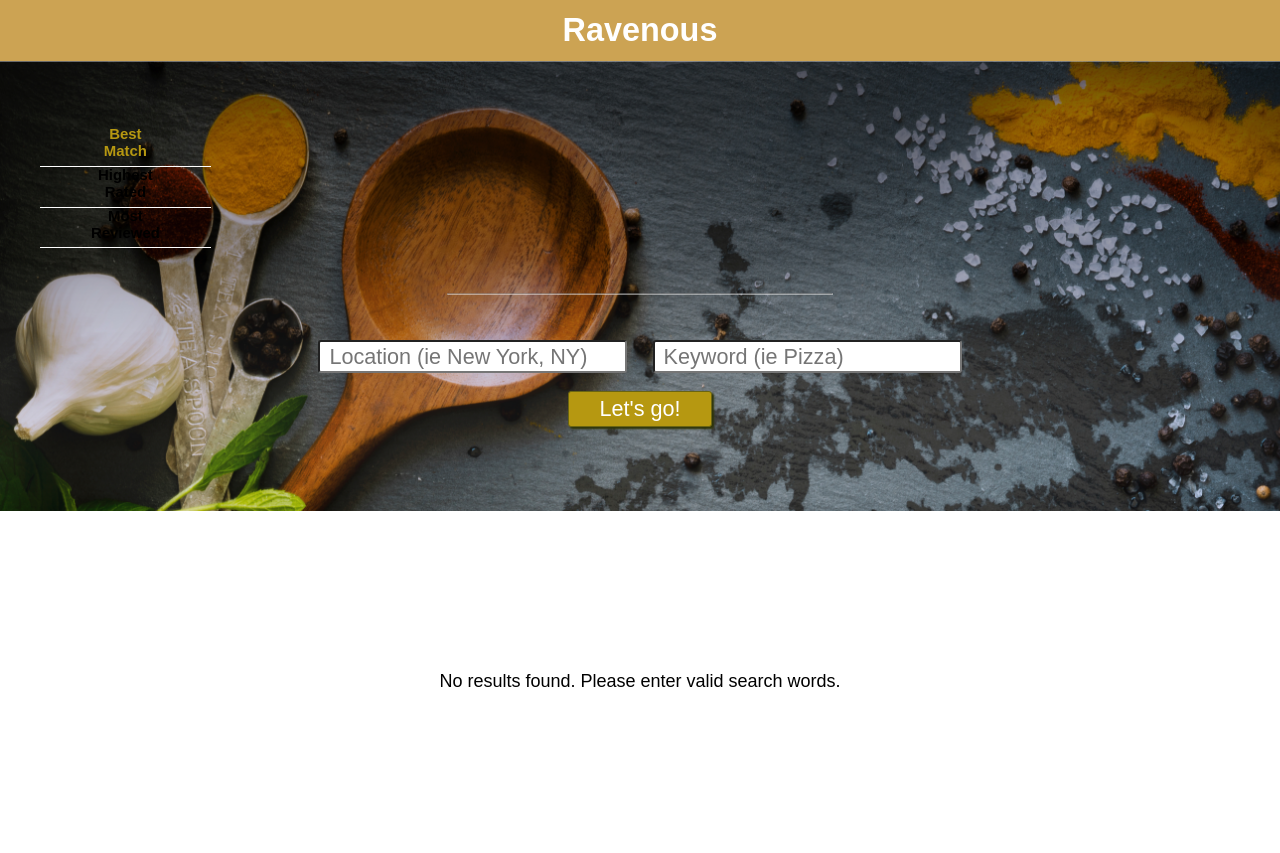
Repository: LolaSL/Ravenous
Page: /
An editor plug-in stored every save of this project. The page is shown before and after a run of saves, followed by the edit.
The browser window is 1280 px wide. The pictures show the whole page.
The page's requests for data from a server got no answer. The project was rebuilt for these pictures with package versions that can differ from the ones it lists, and the page was loaded fresh each time. No one was signed in, and anything a server would have sent is missing. Also part of the build but not shown: src/Business/Business.js.

Above is the page before, as saved 2024-03-24 12:04:26.

After the next 2 saves:
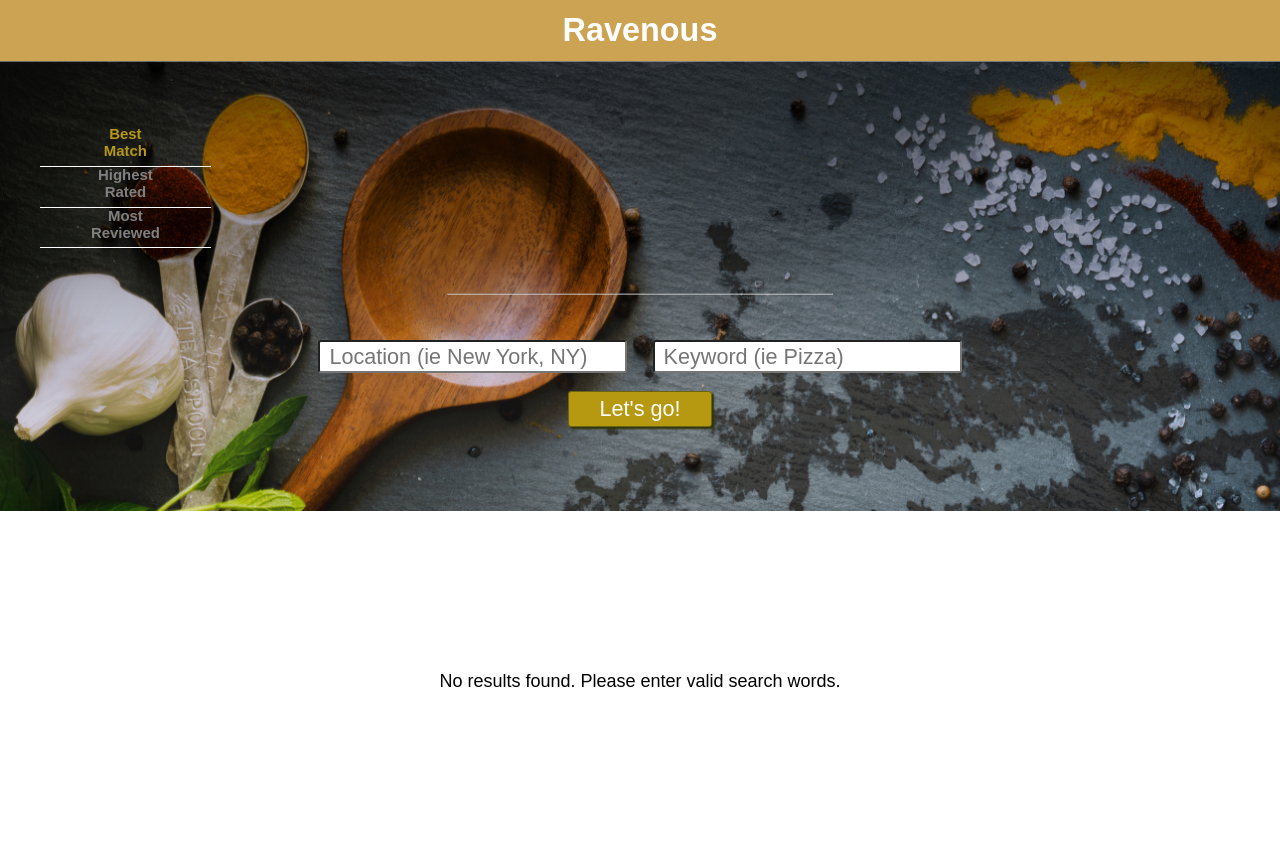
The 2 saves are shown as one change because they came seconds apart.
The last was saved 6 s later.
--- a/src/SearchBar/SearchBar.css
+++ b/src/SearchBar/SearchBar.css
@@ -26,7 +26,7 @@
   font-size: 0.83rem;
   transition: color 0.25s;
   list-style: none;
-color:
+color: grey;
 }
 
 #sort-options li:hover {

After the 2 saves that followed:
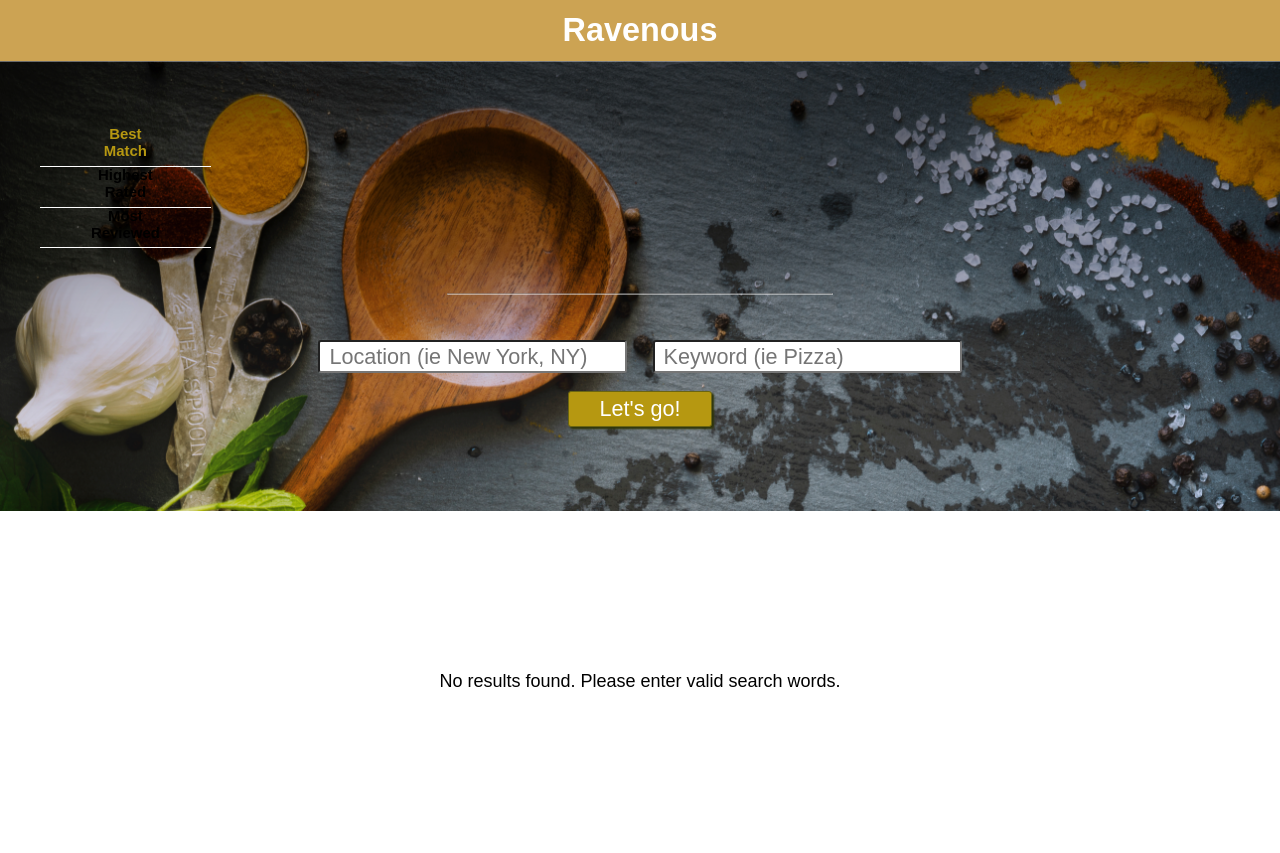
The 2 saves are shown as one change because 1 left the picture as it was.
The last was saved 31 s later.
--- a/src/SearchBar/SearchBar.css
+++ b/src/SearchBar/SearchBar.css
@@ -26,7 +26,7 @@
   font-size: 0.83rem;
   transition: color 0.25s;
   list-style: none;
-color: grey;
+
 }
 
 #sort-options li:hover {
